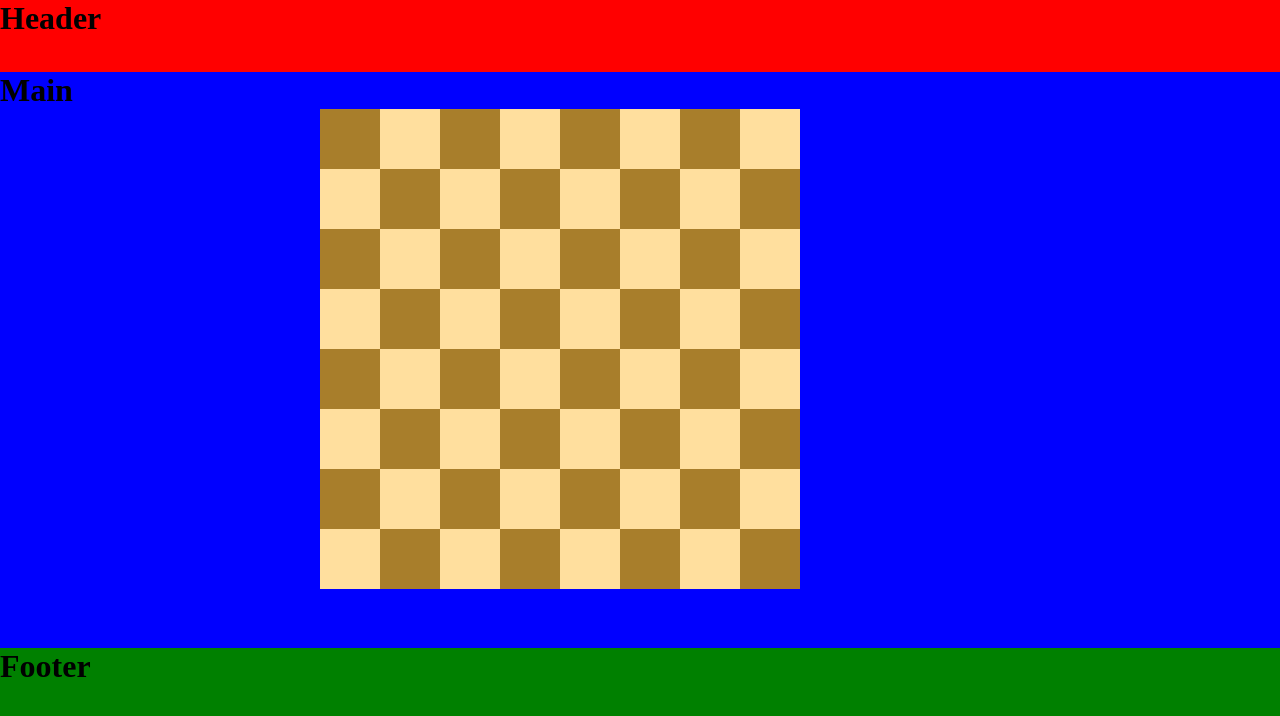
Repository: jameswilky/chess
Page: index.html
These files come from the project's save history. The page is drawn as it stood at one moment and after a run of saves; the edit follows.
The browser window is 1280 px wide. The pictures show the whole page.

Above is the page before, as saved 2018-11-22 08:39:58.
Console error: TypeError: Cannot read properties of null (reading 'getContext')

### index.html
<!DOCTYPE html>
<html>

<head>
    <meta charset="utf-8" />
    <title>Chess</title>
    <link href="style.css" rel="stylesheet">
</head>

<body>

    <div class="wrapper">
        <header>
            <h1>Header</h1>

        </header>
    </div>
    <div class="main">
        <h1>Main</h1>
        <div class="game">
            <canvas id="board"></canvas>
            <!-- <canvas id="markers"></canvas>
            <canvas id="chessmen_layer"></canvas> -->
        </div>
    </div>
    <footer>
        <h1>Footer</h1>
    </footer>
    </div>





</body>

<script src="board.js"></script>
<script src="chessmen.js"></script>
<script src="mouse.js"></script>
<script src="game.js"></script>

</html>

### style.css
* {
  padding: 0;
  margin: 0;
}

.main{
 position: absolute;
 top: 10%;
 bottom: 10%;
 right:0;
 left:0;
 background-color: blue;
}

.game{
  position: absolute;
  /* height: 480px;
  width: 480px; */
  margin-left: 25%;;
}

#board {
  left : 0; z-index:0; position: absolute;
}

#markers {
  left : 0; z-index:0; position: absolute;
}

#chessmen_layer {
 left : 0; z-index:1; position: absolute;
}

header{
  position: absolute;
  background-color: red;
  top:0;
  right: 0;
  left: 0;
  height: 10%;
}

footer{
  position: absolute;
  z-index: 3;
  right: 0;
  left: 0;
  background-color: green;
  height: 10%;
  bottom: 0;
}

### board.js
//Define globals
const WIDTH = 480;
const HEIGHT = 480;
const N = 8;
const TILE_SIZE = HEIGHT / N; // 60

//Define board canvas
const board = document.getElementById("board");
const board_ctx = board.getContext("2d");
board.height = HEIGHT;
board.width = WIDTH;
let primary_color = "#a87e2b";
let secondary_color = "#ffdf9e";

//Define marker layer
const markers = document.getElementById("markers");
const markers_ctx = markers.getContext("2d");
markers.height = HEIGHT;
markers.width = WIDTH;

//Define chessmen layer
const chessmen_layer = document.getElementById("chessmen_layer");
const chessmen_ctx = chessmen_layer.getContext("2d");
chessmen_layer.height = HEIGHT;
chessmen_layer.width = WIDTH;

//Used for drawing
function drawRect(ctx, x, y, color) {
  ctx.beginPath();
  ctx.rect(x, y, TILE_SIZE, TILE_SIZE);
  ctx.fillStyle = color;
  ctx.fill();
  ctx.closePath();
}

function initialize_board() {
  // Initialize graphical and logical board
  let i, j, x, y = 0;
  let prev_color;
  for (i = 0; i < N; i++) {
    y = TILE_SIZE * i;
    if (i % 2 == 0) { //If even, start with a black grid
      prev_color = secondary_color;
    }
    else { //If odd, start with a #ffcf7c grid
      prev_color = primary_color;
    }
    for (j = 0; j < N; j++) {
      x = TILE_SIZE * j;

      if (prev_color == primary_color) { //If last block black, make this block #ffcf7c
        prev_color = secondary_color;
      }
      else if (prev_color == secondary_color) { //If last block #ffcf7c, make this block black
        prev_color = primary_color;
      }
      drawRect(board_ctx, x, y, prev_color);

    }
  }
}

### chessmen.js
let chessmen = []; // Hold living chest piece objects

// Populate list of current chess pieces
function init_chessmen(items) {
  for (let id = 0; id < items.length; id++) {
    chessmen[id] = new Chessman(id, items[id].type, items[id].row, items[id].col, items[id].faction);
    chessmen[id].render(chessmen_ctx);
  }
}

//Chest piece constructor
function Chessman(id, type, row, col, faction) {
  this.name = type + "_" + faction + "_" + id;
  this.id = id;
  this.type = type;
  this.position = {
    logical: { col: col, row: row },
    graphical: { //calculate position of chest piece
      x: (col * TILE_SIZE), y: (row * TILE_SIZE)
    }
  }
  this.faction = faction;
  this.sprite = "/images/" + type + "_" + faction + ".png";
  this.options = []; // holds objects containing possible locations to move
  this.render = function () {
    //Draws the chest piece
    let img = new Image();
    let x = this.position.graphical.x;
    let y = this.position.graphical.y;
    console.log(x, y)

    img.onload = function () {
      //Loads when img.src is called
      chessmen_ctx.beginPath();
      chessmen_ctx.drawImage(img, x, y);
      chessmen_ctx.closePath();
    }
    img.src = this.sprite;
  }
  this.derender = function () {
    chessmen_ctx.beginPath();
    chessmen_ctx.clearRect(this.position.graphical.x, this.position.graphical.y, TILE_SIZE, TILE_SIZE);
    chessmen_ctx.closePath();
  }
  this.calculate_movement_options = function () {
    //This function is used to determine the coordinates of each possible move for a selected tile
    this.options = []; //clear last options
    let j = 0;
    let i = 0; //used to iterate through list of options
    //console.log(type, faction, row, col)
    let r = this.position.logical.row;
    let c = this.position.logical.col;

    let options = this.options;

    function check_tile(row, col, diag, isPawn) {
      //diag is an optional variable for pawn sideways movement logic
      diag = diag || false;
      isPawn = isPawn || false;

      //Checks the status of the board to see if the chessman can move to selected tile

      let option = {}; //edited, used to hold {faction:faction}
      //Check tile does not exceed bounds of the board
      if (row > 7 || row < 0 || col > 7 || col < 0) {
        return false;
      }

      //Check if target tile contains a chessman of same faction
      let isFriendly = false;
      let isEnemy = false;

      chessmen.forEach(chessman => {
        if (chessman.position.logical.row == row && chessman.position.logical.col == col) { //Check if position is occupied
          if (chessman.faction == faction) {
            isFriendly = true;
          }
          else { //tile is occupied by enemy
            isEnemy = true;
          }
          option.contains = chessman;
        }
      })

      //pawn logic
      if (diag && isEnemy) {
        option.row = row;
        option.col = col;
        options[i] = option;
        i++;
      }
      if (diag && !isEnemy) {
        return
      }

      //if tile does not contain friendly chessmen, or if its an enemy create new option
      if (!isFriendly || isEnemy) {
        option.row = row;
        option.col = col;
        options[i] = option;
        i++;
      }
      return isFriendly || isEnemy;

    }

    if (this.type == "pawn") {
      if (this.faction == "black") {
        check_tile(r + 1, c);//south
        check_tile(r + 1, c + 1, true) // south East
        check_tile(r + 1, c - 1, true) //south West
        if (this.nMoves == 0) {
          check_tile(r + 2, c); //Extra move on first turn
        }
      }
      if (this.faction == "white") {
        check_tile(r - 1, c); //north
        check_tile(r - 1, c + 1, true) // North East
        check_tile(r - 1, c - 1, true) //North West
        if (this.nMoves == 0) {
          check_tile(r - 2, c); //Extra move on first turn
        }
      }
    }
    if (this.type == "rook") {
      for (j = 0; j < N; j++) {// South
        if (check_tile(r + j + 1, c) == true) break
      }
      for (j = 0; j < N; j++) {// East
        if (check_tile(r, c + j + 1) == true) break
      }
      for (j = 0; j < N; j++) {// North
        if (check_tile(r - j - 1, c) == true) break
      }
      for (j = 0; j < N; j++) {// West
        if (check_tile(r, c - j - 1) == true) break
      }
    }
    if (this.type == "bishop") {
      for (j = 0; j < N; j++) { // South East
        if (check_tile(r + 1 + j, c + 1 + j) == true) break
      }
      for (j = 0; j < N; j++) { // South West
        if (check_tile(r + 1 + j, c - 1 - j) == true) break
      }
      for (j = 0; j < N; j++) { // North East
        if (check_tile(r - 1 - j, c + 1 + j) == true) break
      }
      for (j = 0; j < N; j++) { // North west
        if (check_tile(r - 1 - j, c - 1 - j) == true) break
      }
    }
    if (this.type == "queen") {
      for (j = 0; j < N; j++) { // South East
        if (check_tile(r + 1 + j, c + 1 + j) == true) break
      }
      for (j = 0; j < N; j++) { // South West
        if (check_tile(r + 1 + j, c - 1 - j) == true) break
      }
      for (j = 0; j < N; j++) { // North East
        if (check_tile(r - 1 - j, c + 1 + j) == true) break
      }
      for (j = 0; j < N; j++) { // North west
        if (check_tile(r - 1 - j, c - 1 - j) == true) break
      }
      for (j = 0; j < N; j++) {// South
        if (check_tile(r + j + 1, c) == true) break
      }
      for (j = 0; j < N; j++) {// East
        if (check_tile(r, c + j + 1) == true) break
      }
      for (j = 0; j < N; j++) {// North
        if (check_tile(r - j - 1, c) == true) break
      }
      for (j = 0; j < N; j++) {// West
        if (check_tile(r, c - j - 1) == true) break
      }
    }
    if (this.type == "king") {
      check_tile(r + 1, c + 1) //South East
      check_tile(r + 1, c - 1) //South West
      check_tile(r - 1, c + 1) // North East
      check_tile(r - 1, c - 1) //North West
      check_tile(r + 1, c) //south
      check_tile(r, c + 1) //east
      check_tile(r - 1, c) //north
      check_tile(r, c - 1) //west

    }
    if (this.type == "knight") {
      // Check each tile in clockwise order
      check_tile(r - 2, c + 1)
      check_tile(r - 1, c + 2)
      check_tile(r + 1, c + 2)
      check_tile(r + 2, c + 1)
      check_tile(r + 2, c - 1)
      check_tile(r + 1, c - 2)
      check_tile(r - 1, c - 2)
      check_tile(r - 2, c - 1)
    }

    //return array of options containing locations to highlight

  }
  this.show_movement_options = function () {
    this.options.forEach(option => {
      //Represent each available movement option with a highlighted tile
      drawRect(markers_ctx, (option.col * TILE_SIZE), (option.row * TILE_SIZE), "#635e55");
    })
  }
  this.hover = false;
  this.isKing = false;
  if (this.type == "king") {
    this.isKing = true;
  }

  this.nMoves = 0;
  this.points;
  if (this.type == "king") {
    this.points = 10;
  }
  if (this.type == "queen") {
    this.points = 9;
  }
  if (this.type == "bishop") {
    this.points = 3;
  }
  if (this.type == "knight") {
    this.points = 3;
  }
  if (this.type == "rook") {
    this.points = 5;
  }
  if (this.type == "pawn") {
    this.points = 1;
  }

  //Update graphical and logical position
  this.moveTo = function (col, row) {


    function moveIsValid(r1, r2, c1, c2, options) {
      let valid = false;

      if ((r1 == r2) && (c1 == c2)) {
        // if logical position is the same, no move was made
        valid = false;
      }
      options.forEach(option => {
        if (option.row == r2 && option.col == c2) {
          //todo check faction
          valid = true;
        }
      })
      return valid
    }

    if (moveIsValid(this.position.logical.row, row, this.position.logical.col, col, this.options)) {
      //If valid, Check if enemy chessman has been killed
      //check if desination contains an enemy
      let target = chessmen.find(chessman => {
        return (chessman.position.logical.row == row && chessman.position.logical.col == col)
      })

      // then render at new position and update logical position
      //console.log("Changed position of", chessman, "from row:", chessman.position.logical.row, " col:", chessman.position.logical.col, " to row:", row, "col:", col)

      this.derender(); //De render previous position
      this.position.logical.col = col;
      this.position.logical.row = row;
      this.position.graphical.x = this.position.logical.col * TILE_SIZE;
      this.position.graphical.y = this.position.logical.row * TILE_SIZE;
      this.derender(); //remove any chess pieces
      this.render();

      //If destination contains emeny, remove it from list of active chessmen
      if (target) {
        chessmen.splice(chessmen.indexOf(target), 1);
      }

      this.nMoves++; //used to testing if pawn is moved
      // // trigger movement event
      let event = new CustomEvent('moved');
      document.dispatchEvent(event);
    }
    else {
      //re-render original position
      this.render();
    }
  }
}

// Update location of chest pieces
function render_markers() {
  //Clear all markers
  markers_ctx.clearRect(0, 0, HEIGHT, WIDTH);

  //find chessman that matches mouse location and show movement markers
  chessmen.forEach(chessman => {
    if (chessman.hover == true) {
      chessman.show_movement_options();
    }
  });


}

### mouse.js
let dragging = false;
let selector = document.createElement("img");
;

selector.ondragstart = function () {
  return false;
};

//Compare two row/col coordinates
function coordsMatch(coord, piece) {
  let xmin = piece.x;
  let xmax = piece.x + TILE_SIZE;

  let ymin = piece.y;
  let ymax = piece.y + TILE_SIZE;

  if (
    (coord.x >= xmin) &&
    (coord.x < xmax) &&
    (coord.y >= ymin) &&
    (coord.y < ymax)
  ) {
    return true
  }
}

//Listen for when we hover over a chest piece, then draw the movement options
chessmen_layer.addEventListener('mousemove', (e) => {
  if (dragging == false) {
    let pos = {
      x: e.clientX,
      y: e.clientY
    };
    //Check all chessmen and check if clicked location matches a chessman location
    chessmen.forEach(chessman => {
      if (coordsMatch(pos, chessman.position.graphical)) {
        //If true, select that chessman
        chessman.hover = true;
      }
      else {
        //Otherwise, that chessman was not selected
        chessman.hover = false;
      }
    })
    render_markers();
  }
})

//Click and drag chessmen
chessmen_layer.addEventListener('mousedown', (e) => {

  dragging = true; //stop markers rendering while dragging pieces
  let pos = {
    x: e.clientX,
    y: e.clientY
  }
  //Check all chessmen and check if clicked location matches a chessman location
  chessmen.forEach(chessman => {
    if (coordsMatch(pos, chessman.position.graphical)) {
      if (chessman.faction == "black") {
        dragging = false;
        return
      }
      //If true, derender chessman from chessman_layer, and redraw on selector layer
      chessman.derender();

      //draw selector
      selector.style.position = 'absolute';
      selector.src = chessman.sprite;
      selector.id = 'selector';
      document.body.append(selector);

      //center selector at mouse locaiton
      moveAt(pos.x, pos.y);

      function moveAt(x, y) {
        selector.style.left = x - TILE_SIZE / 2 + 'px';
        selector.style.top = y - TILE_SIZE / 2 + 'px';
      }

      function onMouseMove(moveEvent) {
        moveAt(moveEvent.clientX, moveEvent.clientY);
      }

      // selector will follow mouse on movement
      document.addEventListener('mousemove', onMouseMove);


      // drop the selector, remove unneeded handlers
      chessmen_layer.onmouseup = function (upevent) {
        document.removeEventListener('mousemove', onMouseMove);

        //clear selector
        selector.src = ""
        // console.log("before", document.getElementById('selector'))
        // document.body.removeChild(document.getElementById('selector'))
        // console.log("after", document.getElementById('selector'))

        //convert mouse pos to a row/col logical value
        let dest = {
          x: Math.trunc(upevent.clientX / TILE_SIZE),
          y: Math.trunc(upevent.clientY / TILE_SIZE)
        }

        //console.log("Event 1")
        dragging = false; // allow marker rendering to continue
        chessmen_layer.onmouseup = null;
        //Update chessman logical location and snap to grid
        chessman.moveTo(dest.x, dest.y)
      };
    }
  })
})

### game.js
//Initialize default locations
let default_locations = [
  { tile: 0, type: "rook", row: 0, col: 0, faction: "black" },
  { tile: 1, type: "knight", row: 0, col: 1, faction: "black" },
  { tile: 2, type: "bishop", row: 0, col: 2, faction: "black" },
  { tile: 3, type: "king", row: 0, col: 3, faction: "black" },
  { tile: 4, type: "queen", row: 0, col: 4, faction: "black" },
  { tile: 5, type: "bishop", row: 0, col: 5, faction: "black" },
  { tile: 6, type: "knight", row: 0, col: 6, faction: "black" },
  { tile: 7, type: "rook", row: 0, col: 7, faction: "black" },
  { tile: 8, type: "pawn", row: 1, col: 0, faction: "black" },
  { tile: 9, type: "pawn", row: 1, col: 1, faction: "black" },
  { tile: 10, type: "pawn", row: 1, col: 2, faction: "black" },
  { tile: 11, type: "pawn", row: 1, col: 3, faction: "black" },
  { tile: 12, type: "pawn", row: 1, col: 4, faction: "black" },
  { tile: 13, type: "pawn", row: 1, col: 5, faction: "black" },
  { tile: 14, type: "pawn", row: 1, col: 6, faction: "black" },
  { tile: 15, type: "pawn", row: 1, col: 7, faction: "black" },

  { tile: 48, type: "pawn", row: 6, col: 0, faction: "white" },
  { tile: 49, type: "pawn", row: 6, col: 1, faction: "white" },
  { tile: 50, type: "pawn", row: 6, col: 2, faction: "white" },
  { tile: 51, type: "pawn", row: 6, col: 3, faction: "white" },
  { tile: 52, type: "pawn", row: 6, col: 4, faction: "white" },
  { tile: 53, type: "pawn", row: 6, col: 5, faction: "white" },
  { tile: 54, type: "pawn", row: 6, col: 6, faction: "white" },
  { tile: 55, type: "pawn", row: 6, col: 7, faction: "white" },
  { tile: 56, type: "rook", row: 7, col: 0, faction: "white" },
  { tile: 57, type: "knight", row: 7, col: 1, faction: "white" },
  { tile: 58, type: "bishop", row: 7, col: 2, faction: "white" },
  { tile: 59, type: "king", row: 7, col: 3, faction: "white" },
  { tile: 60, type: "queen", row: 7, col: 4, faction: "white" },
  { tile: 61, type: "bishop", row: 7, col: 5, faction: "white" },
  { tile: 62, type: "knight", row: 7, col: 6, faction: "white" },
  { tile: 63, type: "rook", row: 7, col: 7, faction: "white" },

]

let turn = 0;
let IsWhiteTurn = false;
let IsBlackTurn = false;
let game = true;
let AIOptions = [];


function set_turn() {
  if (turn % 2 == 0) {
    IsWhiteTurn = true;
    IsBlackTurn = false;
    //console.log("White players turn")
  }
  else {
    IsBlackTurn = true;
    IsWhiteTurn = false;
    //console.log("Black players turn")
  }
  turn += 1;
}

function determineAIOptions() {
  let AIOptions = [];
  let i = 0;
  chessmen.forEach(chessman => {
    if (chessman.faction == 'black') {
      chessman.options.forEach(option => {
        let AIOption = {}; //dereference object
        AIOption.row = option.row;
        AIOption.col = option.col;
        if (option.contains) {
          AIOption.points = option.contains.points;
        }
        AIOption.chessman = chessman;
        AIOptions[i] = AIOption;
        i++;
      })
    }
  })
  return AIOptions;

}

function AIMove(options) {
  let max = 0;
  let choice = {};
  options.forEach(option => {
    if (option.points) {
      if (option.points > max) {
        max = option.points;
        choice = option;
      }
    }
  })
  if (max == 0) {
    choice = options[Math.floor(Math.random() * options.length)];  //Return a random choice
  }
  choice.chessman.moveTo(choice.col, choice.row)
  //calculate AI
}


//Set up board
initialize_board();
init_chessmen(default_locations);
chessmen.forEach(chessman => {
  chessman.calculate_movement_options();
})
set_turn();
function checkKing() {
  let kings = chessmen.filter(chessman => chessman.isKing == true)
  if (kings.length == 1) {
    alert(kings[0].faction + " Wins!!!")
  }
}

// Listen for movement
document.addEventListener('moved', function (event) {
  //check if king died last turn;
  checkKing();
  set_turn();
  //Calculate new movement positiifons
  chessmen.forEach(chessman => {
    chessman.calculate_movement_options();
  })

  if (IsBlackTurn) {
    //Run black turn AI
    chessmen.forEach(chessman => {
      chessman.calculate_movement_options(); //assign new options
    })
    AIOptions = determineAIOptions();
    AIMove(AIOptions);
  }
}, false);

After the next 3 saves:
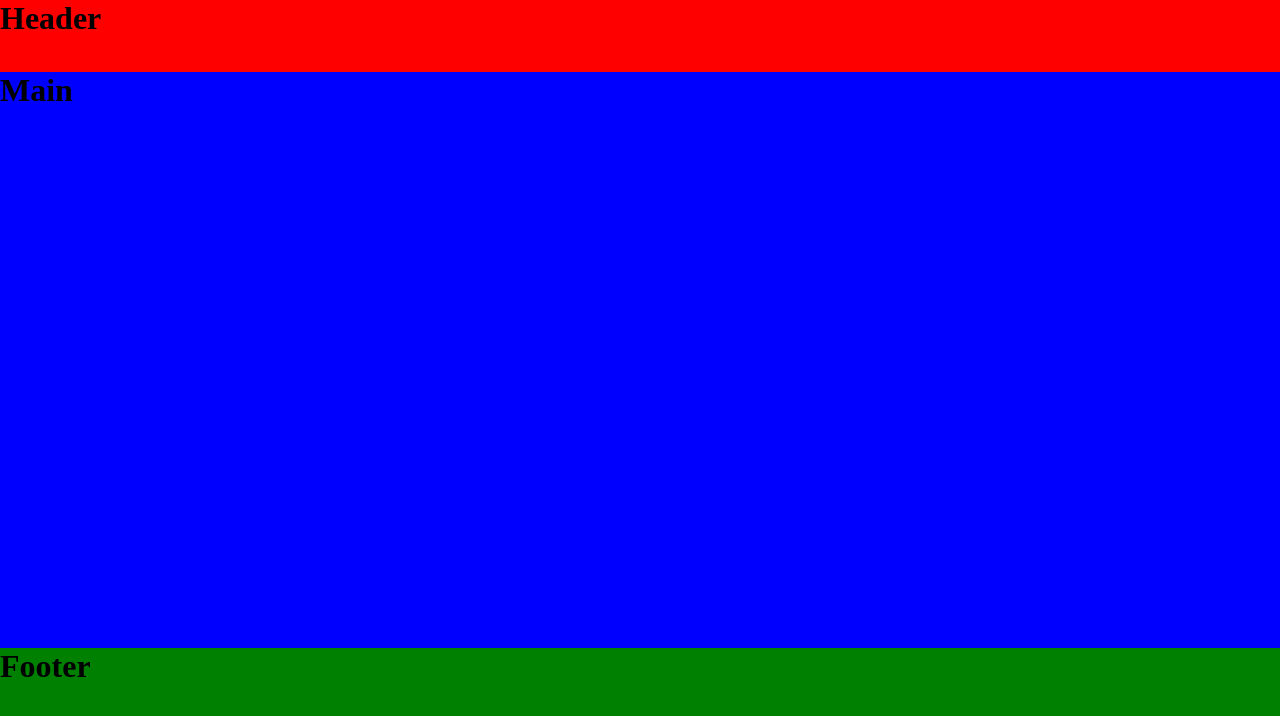
Console error: ReferenceError: Cannot access 'HEIGHT' before initialization
The 3 saves are shown as one change because they came seconds apart.
The last was saved 75 s later.
--- a/board.js
+++ b/board.js
@@ -1,14 +1,11 @@
-//Define globals
-const WIDTH = 480;
-const HEIGHT = 480;
 const N = 8;
 const TILE_SIZE = HEIGHT / N; // 60
 
 //Define board canvas
 const board = document.getElementById("board");
 const board_ctx = board.getContext("2d");
-board.height = HEIGHT;
-board.width = WIDTH;
+const WIDTH = board.height;
+const HEIGHT = board.width;
 let primary_color = "#a87e2b";
 let secondary_color = "#ffdf9e";
 
